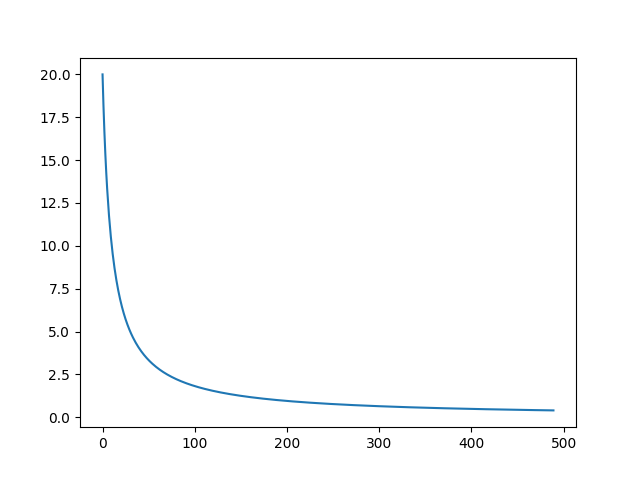
Repository: Vorztek/Data
Script's output: python Exercices_Python/Old_project/Maths_and_algorithms/Première_série_exo/génération_nombre_premiers.py
The author's editor kept a copy of each file at every save. The script's output is drawn from the files as they stood at one save, then again after the next save.
Random numbers start from a fixed seed.

Above is the script's output before, as saved 2021-07-28 14:22:48.

After the next save:
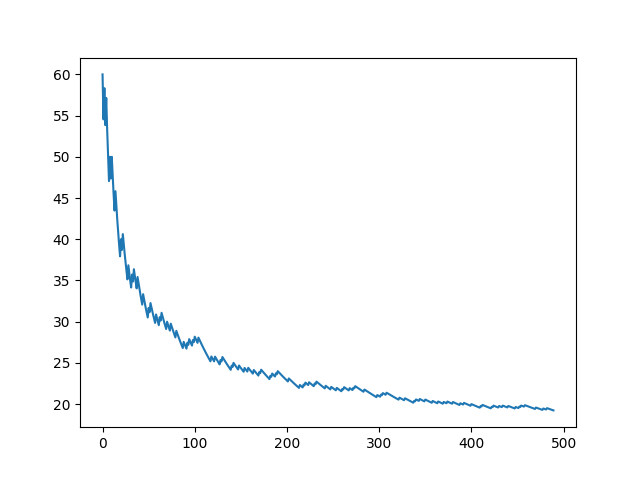
Saved 13 s later.
--- a/Exercices_Python/Old_project/Maths_and_algorithms/Première_série_exo/génération_nombre_premiers.py
+++ b/Exercices_Python/Old_project/Maths_and_algorithms/Première_série_exo/génération_nombre_premiers.py
@@ -2,7 +2,7 @@ import matplotlib.pyplot as plt
 import numpy as np
 
 def is_prime(p):
-    for j in range(1, p):
+    for j in range(2, p):
         if p % j == 0:
             return False
     else:
